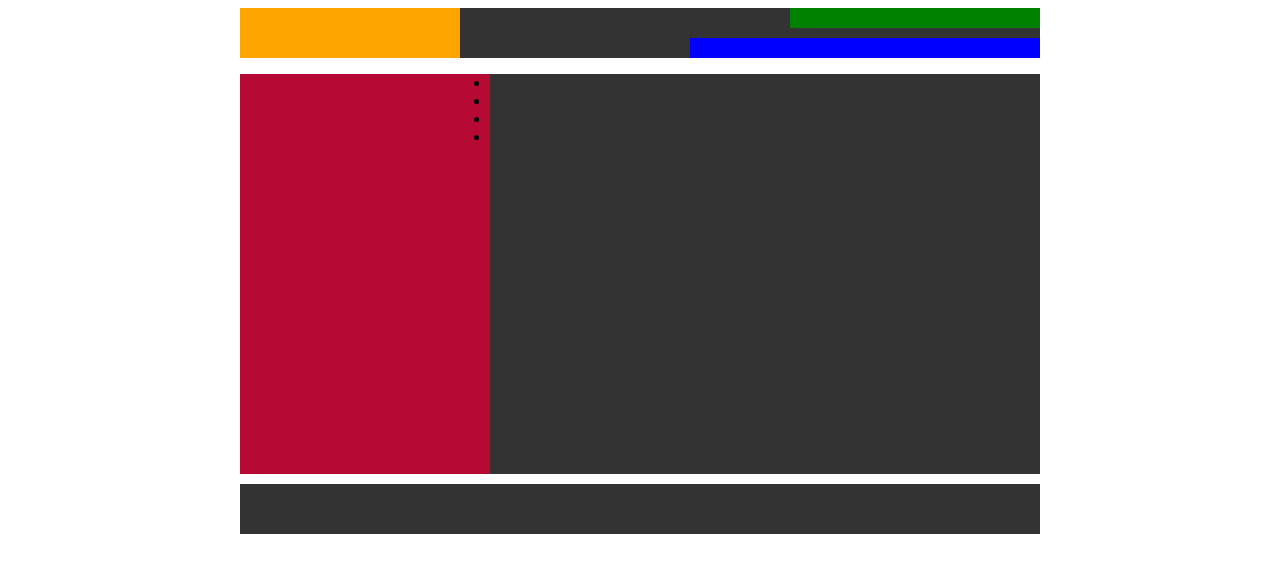
Repository: Tdaine/node
Page: css/code/floatWebLayout.html
An editor plug-in stored every save of this project. The page is shown before and after the next save, followed by the edit.
The browser window is 1280 px wide. The pictures show the whole page.

Above is the page before, as saved 2021-04-28 15:38:00.

After the next save:
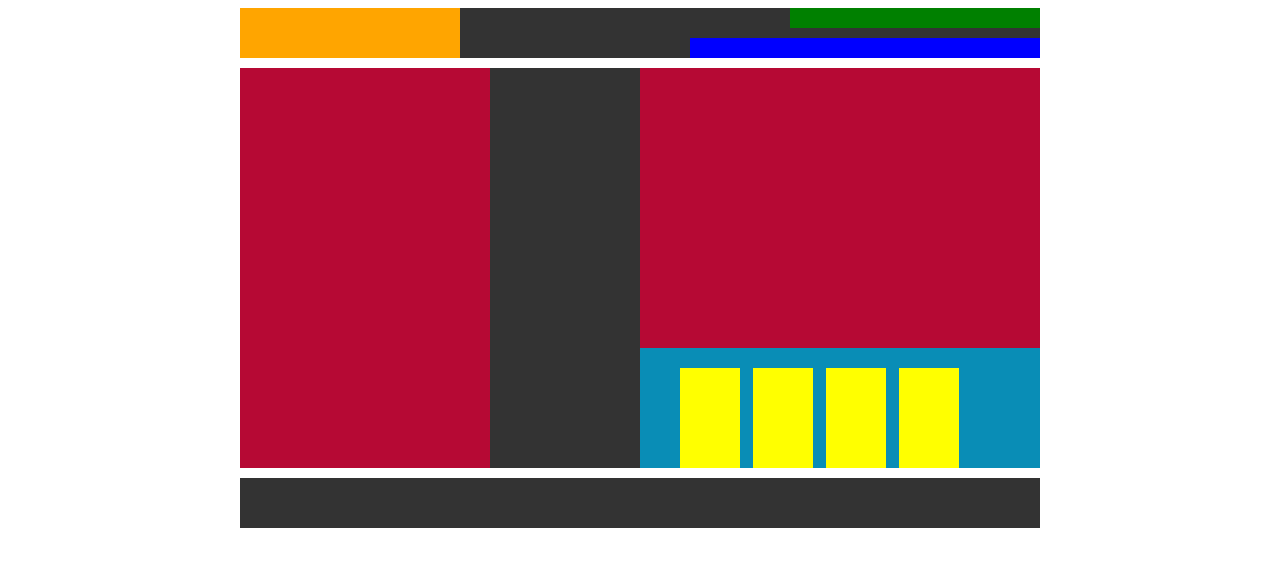
Saved 5 min 6 s later.
--- a/css/code/floatWebLayout.html
+++ b/css/code/floatWebLayout.html
@@ -50,6 +50,33 @@
       float: left;
       background-color: #b60934;
     }
+    .content main{
+      width: 400px;
+      height: 400px;
+      float: right;
+      background-color: rgb(9, 141, 182);
+    }
+    .content main .banner{
+      width: 400px;
+      height: 280px;
+      background-color: #b60934;
+    }
+    .content main .pics{
+      width: 400px;
+      height: 100px;
+      margin-top: 20px;
+    }
+    .content main .pics ul{
+      list-style: none;
+    }
+    .content main .pics ul li{
+      float: left;
+      width: 60px;
+      height: 100px;
+      background-color: yellow;
+      margin-right: 13px;
+    }
+
   </style>
 </head>
 <body>
